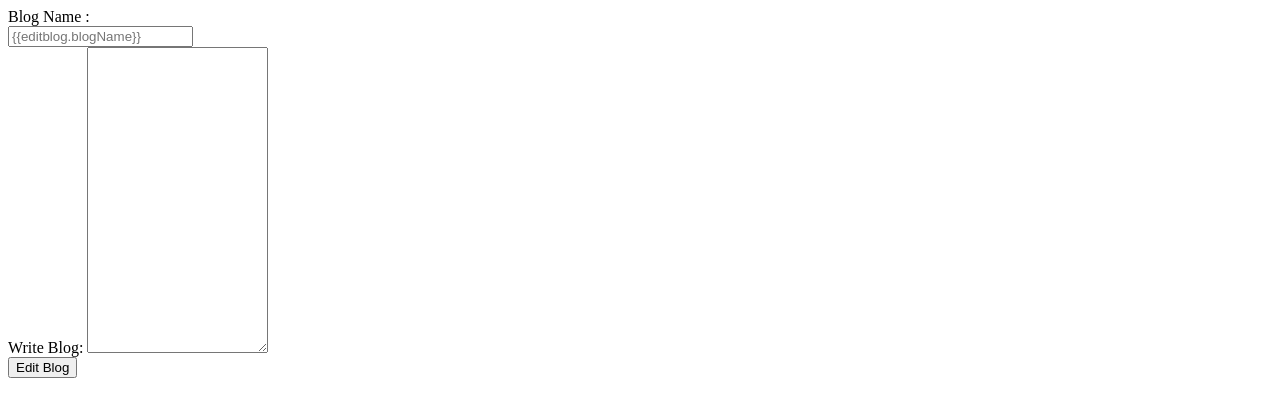
Repository: JamesArul/CLBSiteSTMT
Page: StudentsMeetFrontEnd/WebContent/Blog/BlogEdit.html
These files come from the project's save history. The page is drawn as it stood at one moment and after the next save; the edit follows.
The browser window is 1280 px wide. The pictures show the whole page.

Above is the page before, as saved 2017-06-02 17:27:41.

After the next save:
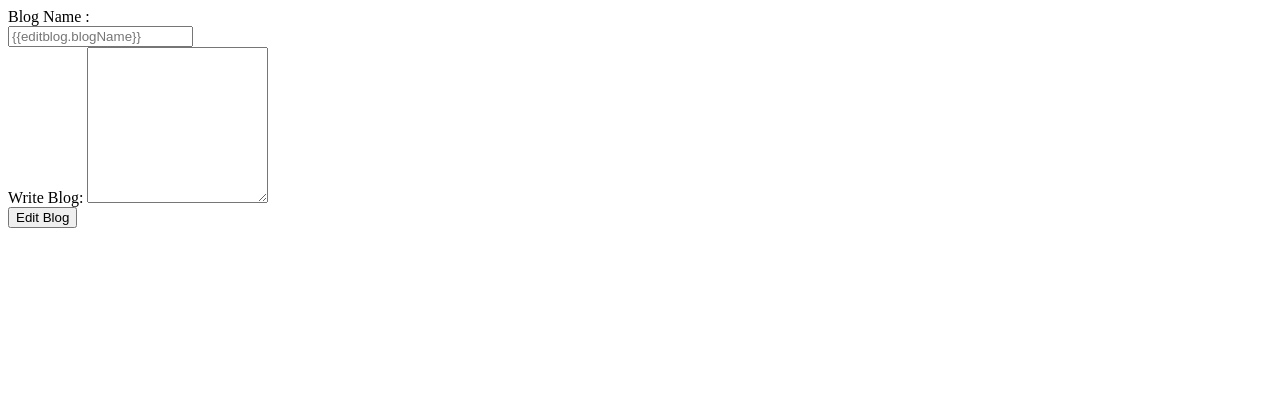
Saved 39 s later.
--- a/StudentsMeetFrontEnd/WebContent/Blog/BlogEdit.html
+++ b/StudentsMeetFrontEnd/WebContent/Blog/BlogEdit.html
@@ -8,7 +8,7 @@
     </div>
     <div class="form-group">
   	<label for="blogData">Write Blog:</label>
-  	<textarea class="form-control" rows="20" id="blogData" ng-model="btrl.editblog.blogData"></textarea>
+  	<textarea class="form-control" rows="10" id="blogData" ng-model="btrl.editblog.blogData"></textarea>
   </div>
   <div class="form-group">
     <div class="col-sm-offset-2 col-sm-10">
